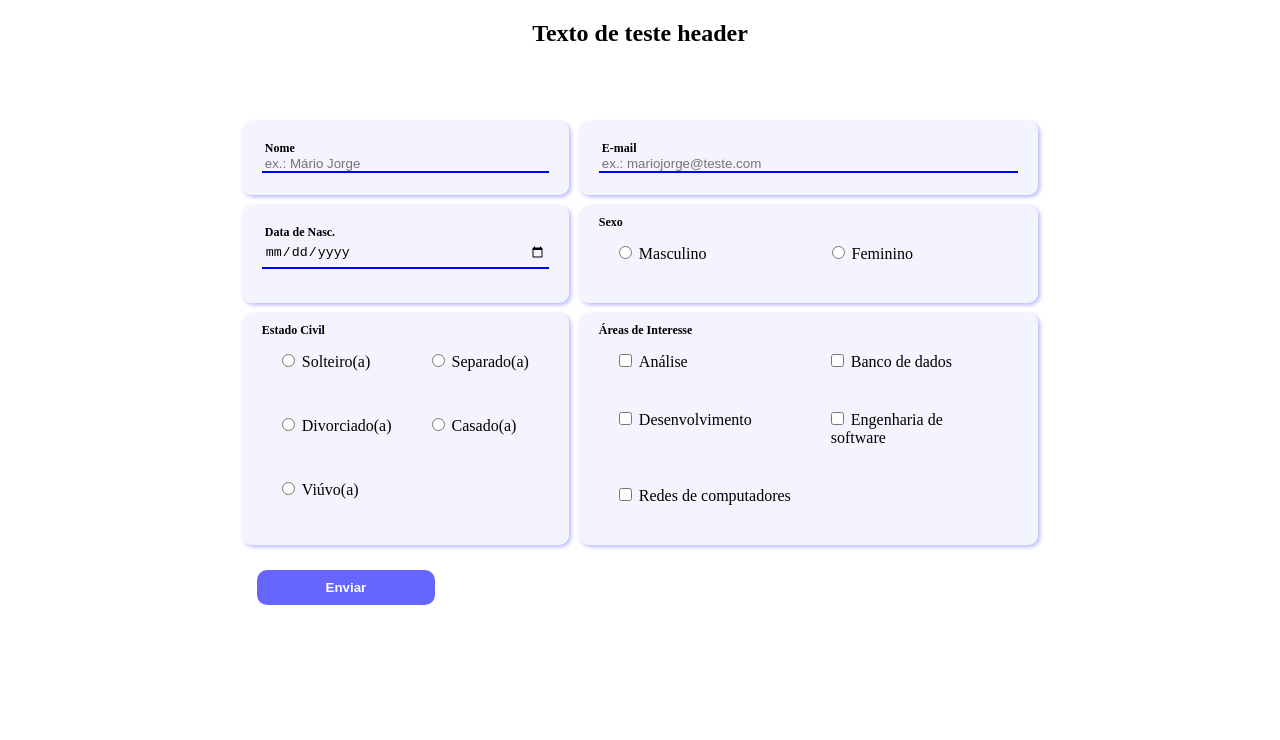
Repository: mjRibeiroTriscal/UVA_Projects
Page: Proj_A1_AVA2_2020_1/index.html
An editor plug-in stored every save of this project. The page is shown before and after the next save, followed by the edit.
The browser window is 1280 px wide. The pictures show the whole page.

Above is the page before, as saved 2020-03-13 14:47:08.

After the next save:
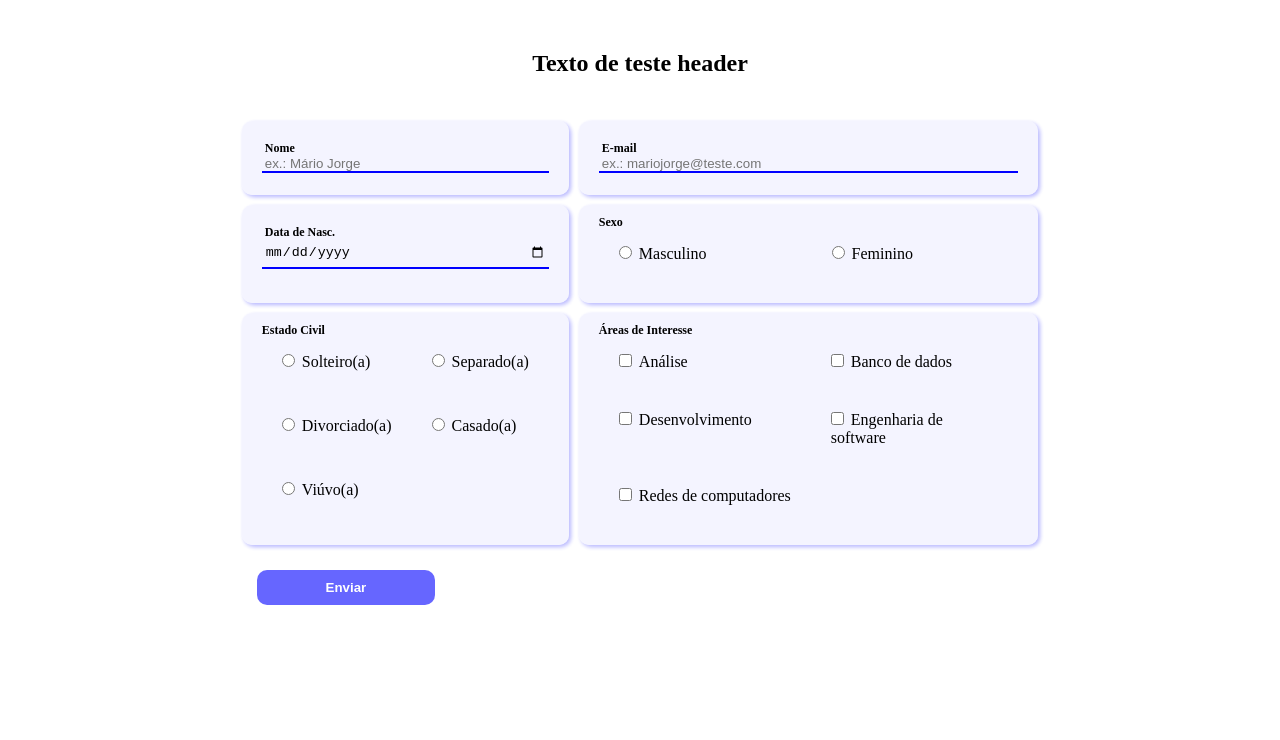
Saved 10 s later.
--- a/Proj_A1_AVA2_2020_1/index.html
+++ b/Proj_A1_AVA2_2020_1/index.html
@@ -17,7 +17,7 @@
 <body>
     <div id="container">
 
-        <header style="position:absolute;top:20px">
+        <header style="position:absolute;top:50px">
 
             <h2>Texto de teste header</h2>
 
